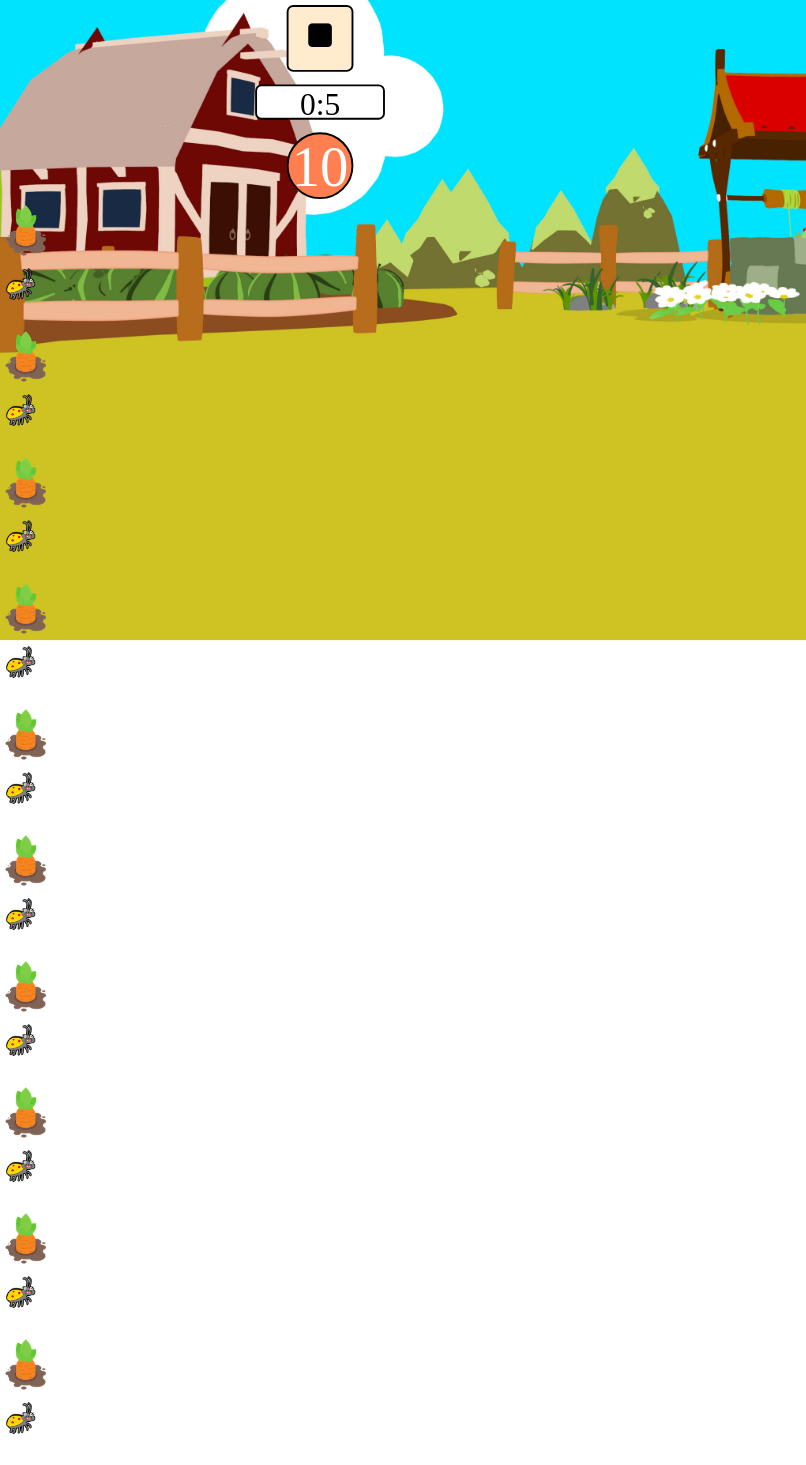
Repository: rumor1993/DreamCoding-Browser101
Page: Chapter07/index.html
The author's editor kept a copy of each file at every save. The page is drawn from the files as they stood at one save, then again after the next save.
The browser window is 1280 px wide. The pictures show the whole page, at 63% of full size.
Some web libraries are served in a nearby version.

Above is the page before, as saved 2021-01-01 14:17:53.

### Chapter07/index.html
<!DOCTYPE html>
<html lang="en">
  <head>
    <meta charset="UTF-8" />
    <meta name="viewport" content="width=device-width, initial-scale=1.0" />
    <title>Document</title>
    <link rel="stylesheet" href="index.css" />
    <script src="https://kit.fontawesome.com/86c035f01d.js" crossorigin="anonymous"></script>
    <script src="index.js"></script>
  </head>
  <body>
    <div class="stop">
      <i class="fas fa-stop"></i>
    </div>
    <div class="timer">
      <div class="time">0:5</div>
    </div>
    <div class="carrot-count">
      <div class="count">10</div>
    </div>
  </body>
</html>

### Chapter07/index.css
body {
  width: 1000px;
  height: 1000px;
  background-repeat: no-repeat;
  background-size: cover;
  background-image: url("carrot/img/background.png");
}

.stop {
  position: relative;
  background-color: blanchedalmond;
  width: 100px;
  height: 100px;
  font-size: 50px;
  margin: auto;
  text-align: center;
  border: 3px solid black;
  border-radius: 10%;
}

.stop i {
  margin-top: 20%;
}

.timer {
  position: relative;
  width: 200px;
  height: 50px;
  margin: 20px auto;
  background-color: white;
  border: 3px solid black;
  border-radius: 10px;
}

.carrot-count {
  margin: 10px auto;
  background-color: coral;
  width: 100px;
  height: 100px;
  border-radius: 100%;
  border: 3px solid black;
}

.count {
  text-align: center;
  font-size: 90px;
  color: white;
}

.carrot {
  position: relative;
  width: 100px;
  height: 100px;
  background-image: url("carrot/img/carrot.png");
  background-repeat: no-repeat;
}

.bug {
  position: relative;
  width: 100px;
  height: 100px;
  background-image: url("carrot/img/bug.png");
  background-repeat: no-repeat;
}

.time {
  text-align: center;
  font-size: 50px;
}

### Chapter07/index.js
window.addEventListener("load", () => {
  const body = document.querySelector("body");
  let carrotCount = 10;

  for (let i = 0; i < carrotCount; i++) {
    createCarrot();
    createBug();
  }

  function createCarrot() {
    const carrot = document.createElement("div");
    carrot.setAttribute("class", "carrot");
    body.appendChild(carrot);
  }

  function createBug() {
    const bug = document.createElement("div");
    bug.setAttribute("class", "bug");
    body.appendChild(bug);
  }
});

After the next save:
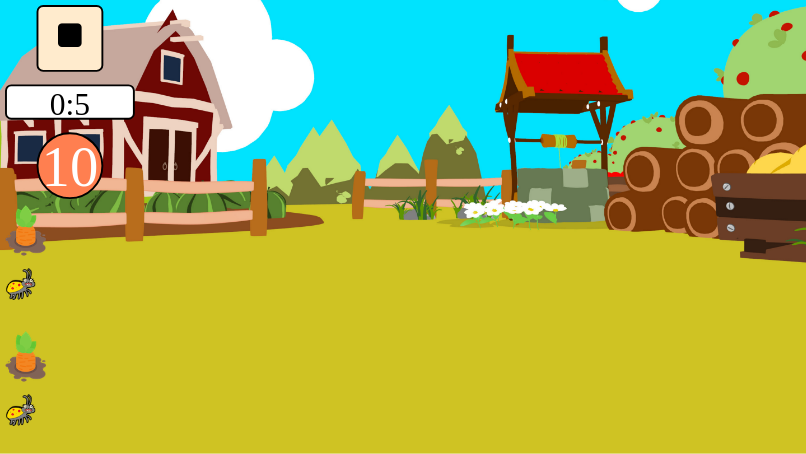
Saved 37 min 2 s later.
--- a/Chapter07/index.css
+++ b/Chapter07/index.css
@@ -1,6 +1,5 @@
 body {
-  width: 1000px;
-  height: 1000px;
+  position: fixed;
   background-repeat: no-repeat;
   background-size: cover;
   background-image: url("carrot/img/background.png");
